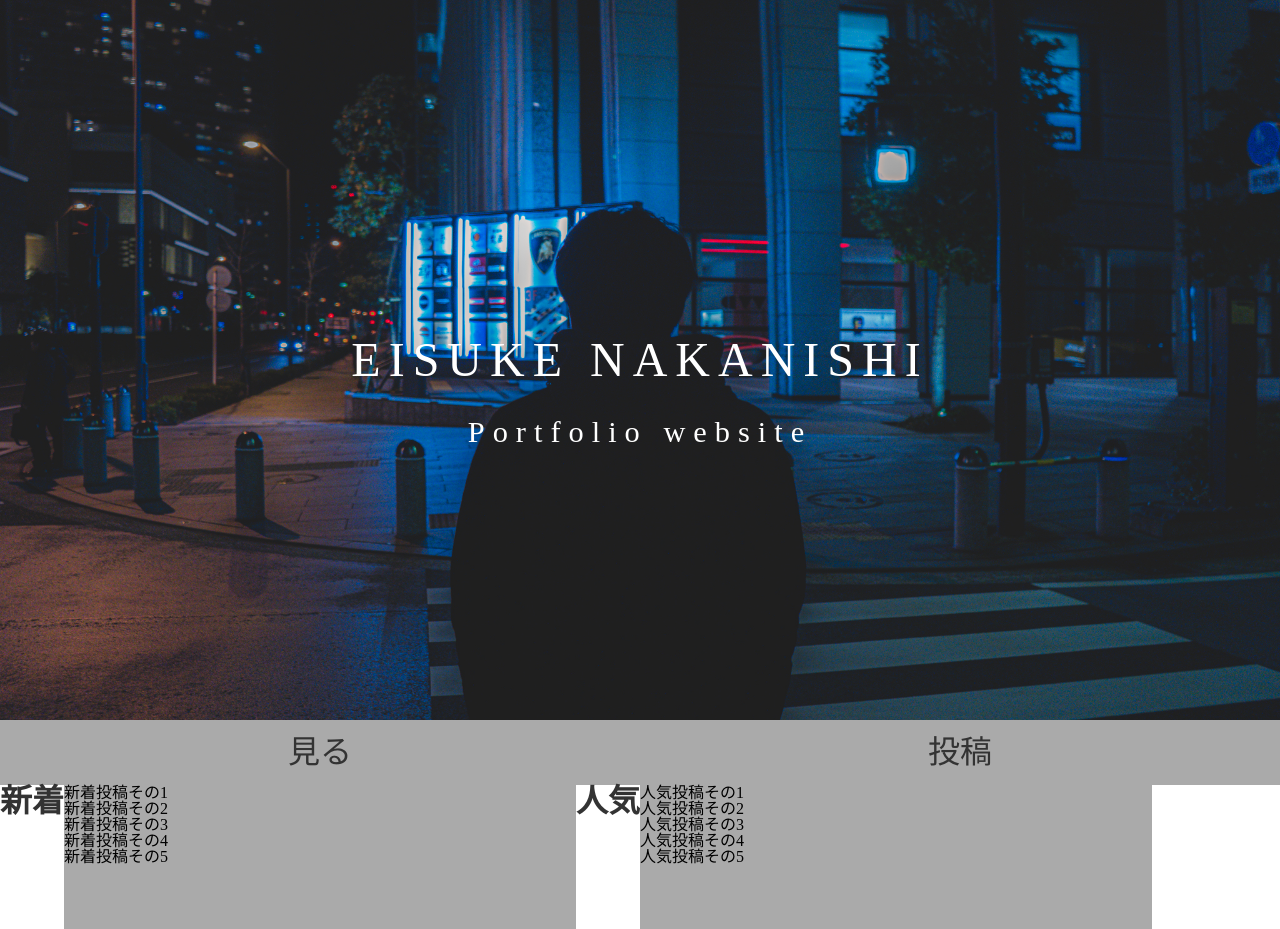
Repository: KustomApe/LandorusInc
Page: index.html
An editor plug-in stored every save of this project. The page is shown before and after the next save, followed by the edit.
The browser window is 1280 px wide. The pictures show the whole page.

Above is the page before, as saved 2021-07-24 13:14:46.

### index.html
<!DOCTYPE html>
<html lang="ja">
<head>
    <meta charset="UTF-8">
    <meta http-equiv="X-UA-Compatible" content="IE=edge">
    <meta name="viewport" content="width=device-width, initial-scale=1.0">
    <title>掲示板</title>
    <link rel="stylesheet" href="./assets/css/html5doctor.css">
    <link rel="stylesheet" href="./assets/css/style.css">
</head>
<body>
<div id="wrap">
    <div id="main_img">
        <h1>EISUKE NAKANISHI</h1>
        <h2>Portfolio website</h2>
    </div>
    <div class="contents">
        <ul id="main_btn">
            <li>見る</li>
            <li>投稿</li>
        </ul>
        <div id="topic">
            <h2>新着</h2>
            <ul class="topics">
                <li>新着投稿その1</li>
                <li>新着投稿その2</li>
                <li>新着投稿その3</li>
                <li>新着投稿その4</li>
                <li>新着投稿その5</li>
            </ul>
            <h2>人気</h2>
            <ul class="topics">
                <li>人気投稿その1</li>
                <li>人気投稿その2</li>
                <li>人気投稿その3</li>
                <li>人気投稿その4</li>
                <li>人気投稿その5</li>
            </ul>
        </div>
    </div>
</div>
</body>
</html>

### assets/css/html5doctor.css
html, body, div, span, object, iframe,
h1, h2, h3, h4, h5, h6, p, blockquote, pre,
abbr, address, cite, code,
del, dfn, em, img, ins, kbd, q, samp,
small, strong, sub, sup, var,
b, i,
dl, dt, dd, ol, ul, li,
fieldset, form, label, legend,
table, caption, tbody, tfoot, thead, tr, th, td,
article, aside, canvas, details, figcaption, figure,
footer, header, hgroup, menu, nav, section, summary,
time, mark, audio, video {
    margin:0;
    padding:0;
    border:0;
    outline:0;
    font-size:100%;
    vertical-align:baseline;
    background:transparent;
}

body {
    line-height:1;
}

article,aside,details,figcaption,figure,
footer,header,hgroup,menu,nav,section {
    display:block;
}

nav ul {
    list-style:none;
}

blockquote, q {
    quotes:none;
}

blockquote:before, blockquote:after,
q:before, q:after {
    content:'';
    content:none;
}

a {
    margin:0;
    padding:0;
    font-size:100%;
    vertical-align:baseline;
    background:transparent;
}

/* change colours to suit your needs */
ins {
    background-color:#ff9;
    color:#000;
    text-decoration:none;
}

/* change colours to suit your needs */
mark {
    background-color:#ff9;
    color:#000;
    font-style:italic;
    font-weight:bold;
}

del {
    text-decoration: line-through;
}

abbr[title], dfn[title] {
    border-bottom:1px dotted;
    cursor:help;
}

table {
    border-collapse:collapse;
    border-spacing:0;
}

/* change border colour to suit your needs */
hr {
    display:block;
    height:1px;
    border:0;
    border-top:1px solid #cccccc;
    margin:1em 0;
    padding:0;
}

input, select {
    vertical-align:middle;
}

### assets/css/style.css
@charset "utf-8";

body {
    width: 100%;
    max-width: 1920px;
}

div#main_img {
    position: relative;
    display: block;
    width: 100%;
    height: 100vh;
    background: url('../img/main.jpg');
    background-size: cover;
}

div#main_img h1 {
    position: absolute;
    top: 50%;
    left: 50%;
    transform: translate(-50%, -50%);
    -webkit-transform: translate(-50%, -50%);
    -ms-transform: translate(-50%, -50%);
    color: #fff;
    font-size: 3rem;
    font-weight: lighter;
    letter-spacing: 0.5rem;
}

div#main_img h2 {
    position: absolute;
    top: 60%;
    left: 50%;
    transform: translate(-50%, -50%);
    -webkit-transform: translate(-50%, -50%);
    -ms-transform: translate(-50%, -50%);
    color: #fff;
    font-size: 1.9rem;
    font-weight: lighter;
    letter-spacing: 0.5rem;
}

div.contents {
    width: 100%;
}

div.contents ul#main_btn {
    list-style: none;
    display: flex;
    width: 100%;
    height: 9vh;
    background: #aaa;
}

div.contents ul#main_btn li {
    display: block;
    width: 100%;
    height: 5vh;
    line-height: 5vh;
    margin: 0 auto;
    padding: 2vh 0;
    font-size: 2rem;
    color: #333;
    text-align: center;
}

div#topic {
    display: flex;
}

div#topic h2 {
    font-size: 2rem;
    color: #333;
}

ul.topics {
    list-style: none;
    width: 40%;
    height: 20vh;
    background: #aaa;
}

After the next save:
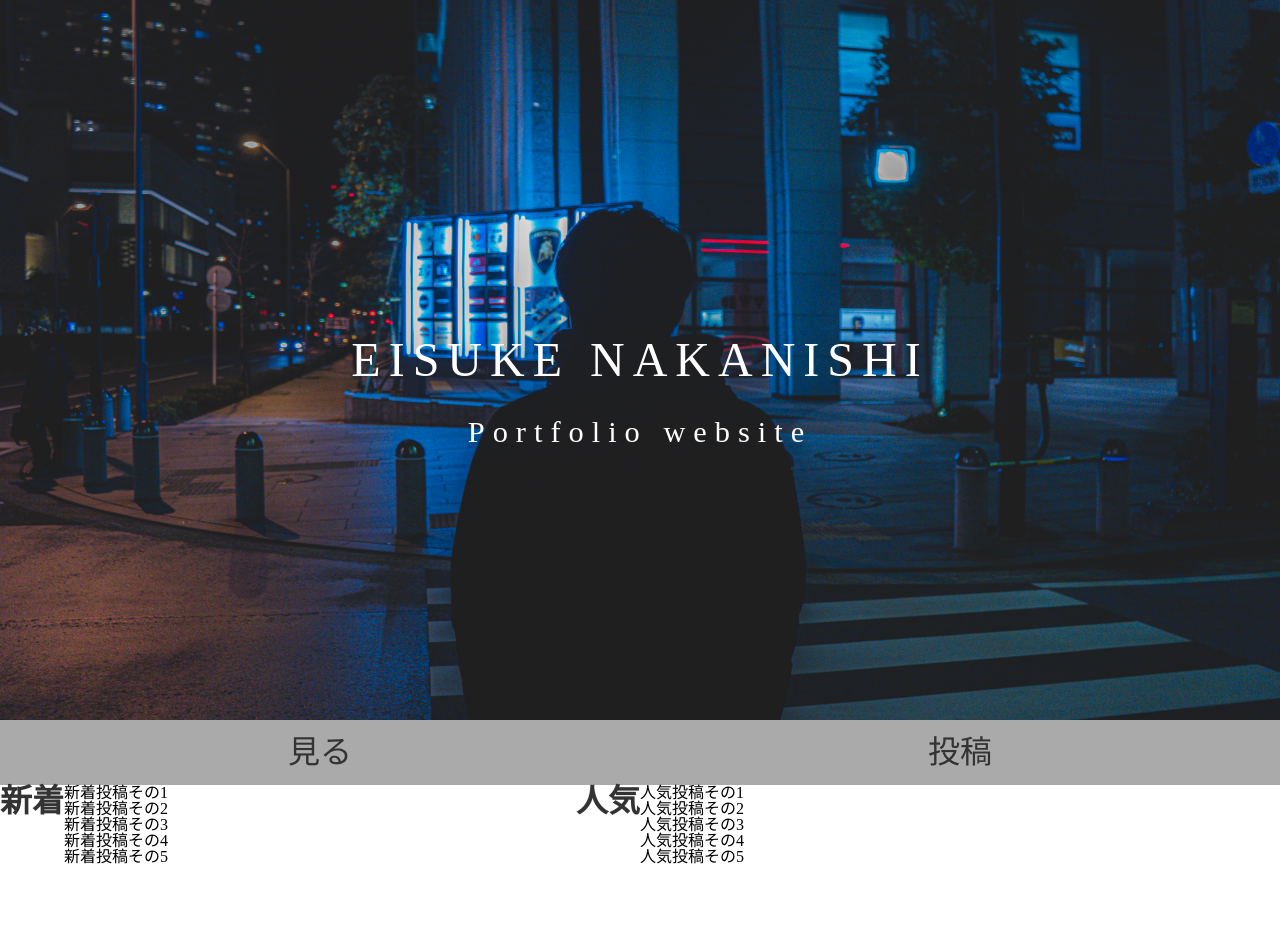
Saved 8 s later.
--- a/assets/css/style.css
+++ b/assets/css/style.css
@@ -77,5 +77,5 @@ ul.topics {
     list-style: none;
     width: 40%;
     height: 20vh;
-    background: #aaa;
+    /* background: #aaa; */
 }
